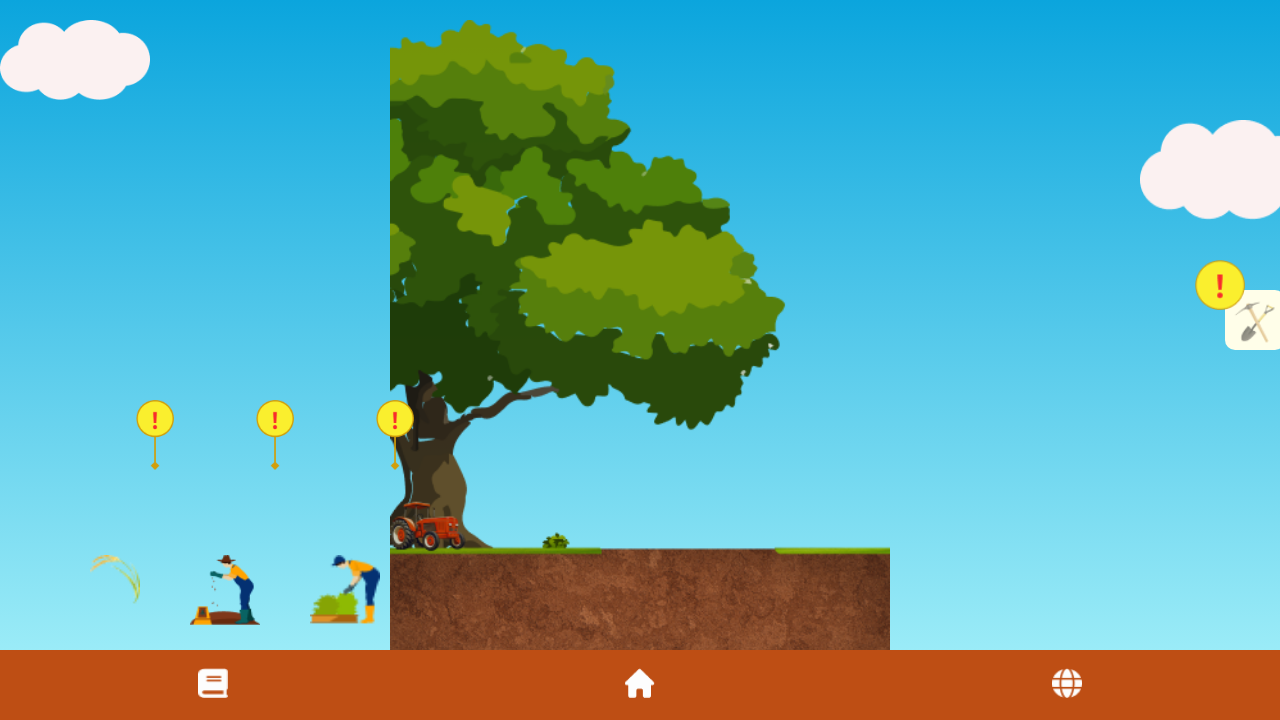
Repository: kobuchisouta/kome-app
Page: /
These files come from the project's save history. The page is drawn as it stood at one moment and after the next save; the edit follows.
The browser window is 1280 px wide. The pictures show the whole page.
The project was rebuilt for these pictures with package versions that can differ from the ones it lists, and the page was loaded fresh each time. The framework's server and built-in components were replaced by stand-ins that run in the browser. Also part of the build but not shown: next.config.ts.

Above is the page before, as saved 2025-01-29 11:17:16.

### src/app/layout.tsx
import type { Metadata } from "next";
import localFont from "next/font/local";
import "./globals.css";
import Footer from "./components/footer/Footer";

const geistSans = localFont({
  src: "./fonts/GeistVF.woff",
  variable: "--font-geist-sans",
  weight: "100 900",
});
const geistMono = localFont({
  src: "./fonts/GeistMonoVF.woff",
  variable: "--font-geist-mono",
  weight: "100 900",
});

export const metadata: Metadata = {
  title: "Create Next App",
  description: "Generated by create next app",
};

export default function RootLayout({
  children,
}: Readonly<{
  children: React.ReactNode;
}>) {
  return (
    <html lang="ja">
      <body>
        <header>
        </header>
        <main>

          {children}
        </main>
        <Footer />
      </body>
    </html>

  );
}

### src/app/page.tsx
"use client";
import Head from 'next/head';
import Image from 'next/image';
import { useState } from 'react';
import styles from './page.module.css'; // モジュールCSS
import Link from 'next/link';

export default function Home() {
  const [isModalOpen, setIsModalOpen] = useState(false);

  const openModal = () => setIsModalOpen(true);
  const closeModal = () => setIsModalOpen(false);

  return (
    <>
      <Head>
        <title>米⭐︎すたー</title>
        <meta name="viewport" content="width=device-width,initial-scale=1.0,minimum-scale=1.0" />
        <meta name="description" content="ここに説明文を設定" />
      </Head>

      <main className={styles.main}>
        <div className={styles.contents}>
          <div className={styles.clouds}>
            <p className={styles.cloud1}>
              <Image src="/cloud1.png" alt="雲" width={150} height={80} />
            </p>
            <p className={styles.cloud2}>
              <Image src="/cloud2.png" alt="雲" width={170} height={100} />
            </p>
          </div>

          <div className={styles.tools}>
            <div className={styles.toolBar}>
              <p>
                <Image src="/tools.png" alt="道具" width={50} height={50} />
              </p>
            </div>
            <div className={styles.lookUp}>
              <p>
                <Image src="/pickup.png" alt="見て" width={50} height={50} />
              </p>
            </div>
          </div>

          <div className={styles.stages}>
            <div className={styles.stagePick}>
              <a className={`${styles.stage} ${styles.modalOpen}`} onClick={openModal}>
                <Image src="/pick.png" alt="クリック" width={70} height={70} />
              </a>
              <a className={`${styles.stage} ${styles.modalOpen}`} onClick={openModal}>
                <Image src="/pick.png" alt="クリック" width={70} height={70} />
              </a>
              <a className={`${styles.stage} ${styles.modalOpen}`} onClick={openModal}>
                <Image src="/pick.png" alt="クリック" width={70} height={70} />
              </a>
            </div>

            {isModalOpen && (
              <div className={styles.modal}>
                <div className={styles.modalInner}>
                  <div className={styles.modalContent}>
                    <div className={styles.modalHeader}>
                      <h1>土地選びと購入準備</h1>
                    </div>
                    <div className={styles.modalBody}>
                      <Link href={"/home"}>エリア調査</Link>
                      <Link href={"/home"}>土地の購入</Link>
                      <a href="#">土地の整地</a>
                      <a href="#">水利権の確認</a>
                      <a href="#">情報収集</a>
                    </div>
                    <div className={styles.modalFooter}>
                      <span className={styles.modalClose} onClick={closeModal}>
                        閉じる
                      </span>
                    </div>
                  </div>
                </div>
              </div>
            )}

            <div className={styles.stageImg}>
              <a className={styles.stage1} >
                <Image src="/ine.png" alt="稲" width={50} height={50} />
              </a>
              <a className={styles.stage2}>
                <Image src="/makimaki.png" alt="田植え" width={70} height={70} />
              </a>
              <a className={styles.stage3}>
                <Image src="/sawasawa.png" alt="手入れ" width={70} height={70} />
              </a>
            </div>
          </div>
        </div>
      </main>
    </>
  );
}

### src/app/globals.css
* {
	margin: 0;
	padding: 0;
	box-sizing: border-box;
}
body {
	color: var(--foreground);
	background: var(--background);
	font-family: Arial, Helvetica, sans-serif;
	-webkit-font-smoothing: antialiased;
	-moz-osx-font-smoothing: grayscale;
	display: flex;
	flex-direction: column;
	width: 100%;
	height: 100%;
	margin: 0 auto;
}

* {
	box-sizing: border-box;
	text-decoration: none;
	list-style: none;
}

html {
	width: 100%;
	height: 100vh;
}

### src/app/components/footer/Footer.tsx

import Image from 'next/image';
import styles from './style.module.css';

export default function Footer() {
    return (
        <footer className={styles.footer}>
            <a href='/book' className={styles.book}>
                <Image src="/book.png" alt="book" width={30} height={30} />
            </a>
            <a href='/' className={styles.home}>
                <Image src="/house.png" alt="house" width={30} height={30} />
            </a>
            <a href='/news' className={styles.globe}>
                <Image src="/globe.png" alt="globe" width={30} height={30} />
            </a>
        </footer>
    );
}

### src/app/page.module.css
.main {
	background: url("/tree.png"), linear-gradient(#0ba5dd 0%, #aaf3fa 100%);
	background-repeat: no-repeat, no-repeat;
	background-position: bottom, center; /* 画像を中央に配置 */
	background-size: 500px 700px, auto; /* グラデーションは自動サイズ、画像はカバー */
	width: 100%;
	height: 100vh;
	position: fixed;
}

.contents {
	z-index: 100;
}

.clouds {
	.cloud1 {
		position: absolute;
		top: 20px;
	}

	.cloud2 {
		position: absolute;
		top: 120px;
		right: -30px;
	}
}
.tools {
	background: #fffee9;
	border-radius: 10px;
	width: 60px;
	height: 60px;
	position: absolute;
	right: -5px;
	top: 290px;

	.toolBar img {
		position: absolute;
		top: 8px;
		left: 4px;
	}

	.lookUp img {
		position: absolute;
		left: -30px;
		top: -30px;
	}
}

.stages {
	.stageImg {
		position: relative;
		display: flex;
		gap: 50px;
		top: 555px;
		left: 90px;
	}

	.stagePick {
		position: absolute;
		bottom: 220px;
		left: 120px;
		display: flex;
		gap: 20px;
		align-items: flex-end;
		background-color: transparent; /* 必要に応じて透明に設定 */
	}
	.stagePick:hover {
		animation: poyopoyo 2s ease-out infinite;
		opacity: 1;
	}
	@keyframes poyopoyo {
		0%,
		40%,
		60%,
		80% {
			transform: scale(1.0);
		}
		50%,
		70% {
			transform: scale(0.95);
		}
	}

	.stagePick {
		background-color: none;
	}

	.stage {
		position: relative;
		width: 100px;
		height: 100px;
	}
	.stage img {
		position: absolute;
		object-fit: contain;
	}
}

.modal {
	position: fixed;
	top: 0;
	left: 0;
	width: 100%;
	height: 100%;
	background-color: rgba(0, 0, 0, 0.5);
	display: flex;
	justify-content: center;
	align-items: center;
	z-index: 1000;
}

.modalInner {
	background-color: #f2ac3b;
	padding: 20px;
	border-radius: 10px;
	width: 80%;
	max-width: 500px;
}

.modalHeader,
.modalBody,
.modalFooter {
	margin-bottom: 10px;
	display: flex;
	justify-content: center;
	align-items: center;
	flex-direction: column;
	gap: 10px;
}

.modalHeader h1 {
	color: #fff;
	font-size: 1.5rem;
}

.modalBody a {
	color: #fff;
	border: #fff solid 1px;
	width: 100%;
	height: 50px;
	font-weight: bold;
	text-align: center;
	line-height: 50px;
	border-radius: 8px;
}

.modalClose {
	width: 150px;
	height: 50px;
	border-radius: 8px;
	text-align: center;
	line-height: 50px;
	background: #fff;
}
@keyframes modalopen {
	from {
		opacity: 0;
	}
	to {
		opacity: 1;
	}
}

.modal-header h1 {
	margin: 1rem 0;
}

.modal-close {
	font-size: 1.8rem;
}

.modal-close:hover {
	cursor: pointer;
}

### src/app/components/footer/style.module.css
.footer {
	width: 100%;
	height: 70px;
	display: flex;
	justify-content: space-around;
	align-items: center;
	background: #be4e14;
	z-index: 100;
	position: fixed;
	bottom: 0;
}

After the next save:
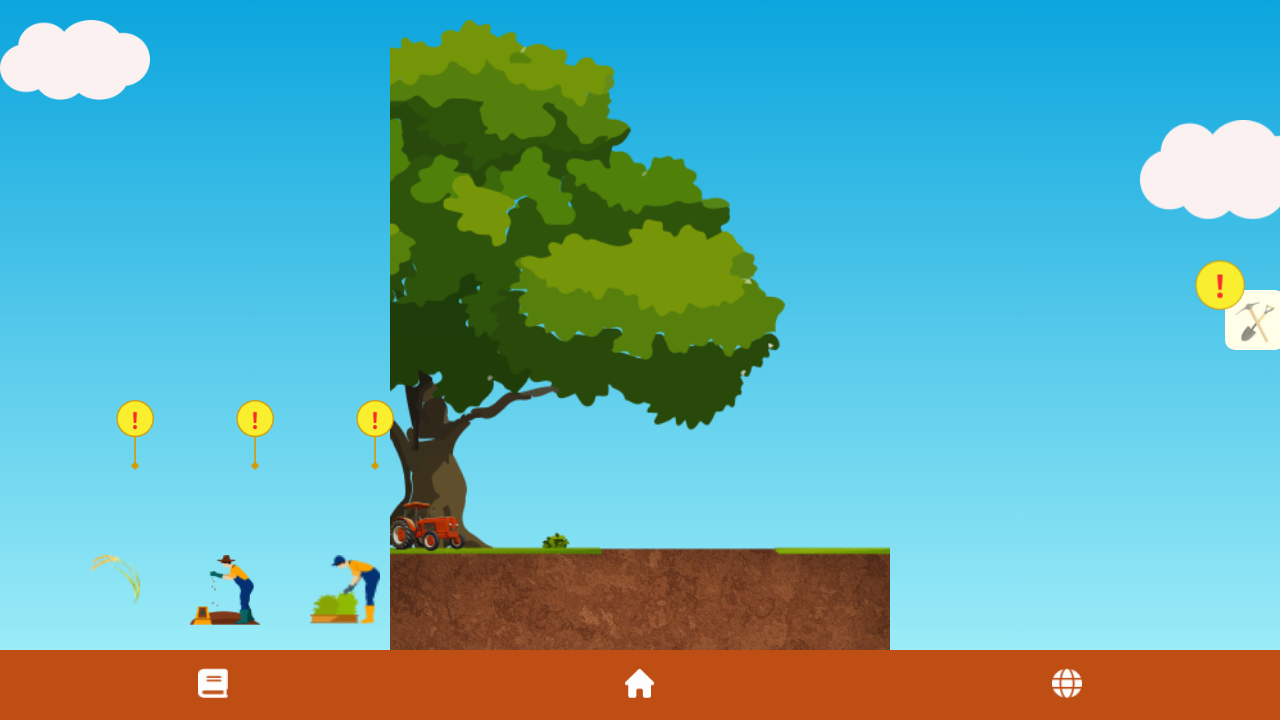
Saved 12 s later.
--- a/src/app/page.module.css
+++ b/src/app/page.module.css
@@ -58,7 +58,7 @@
 	.stagePick {
 		position: absolute;
 		bottom: 220px;
-		left: 120px;
+		left: 100px;
 		display: flex;
 		gap: 20px;
 		align-items: flex-end;
